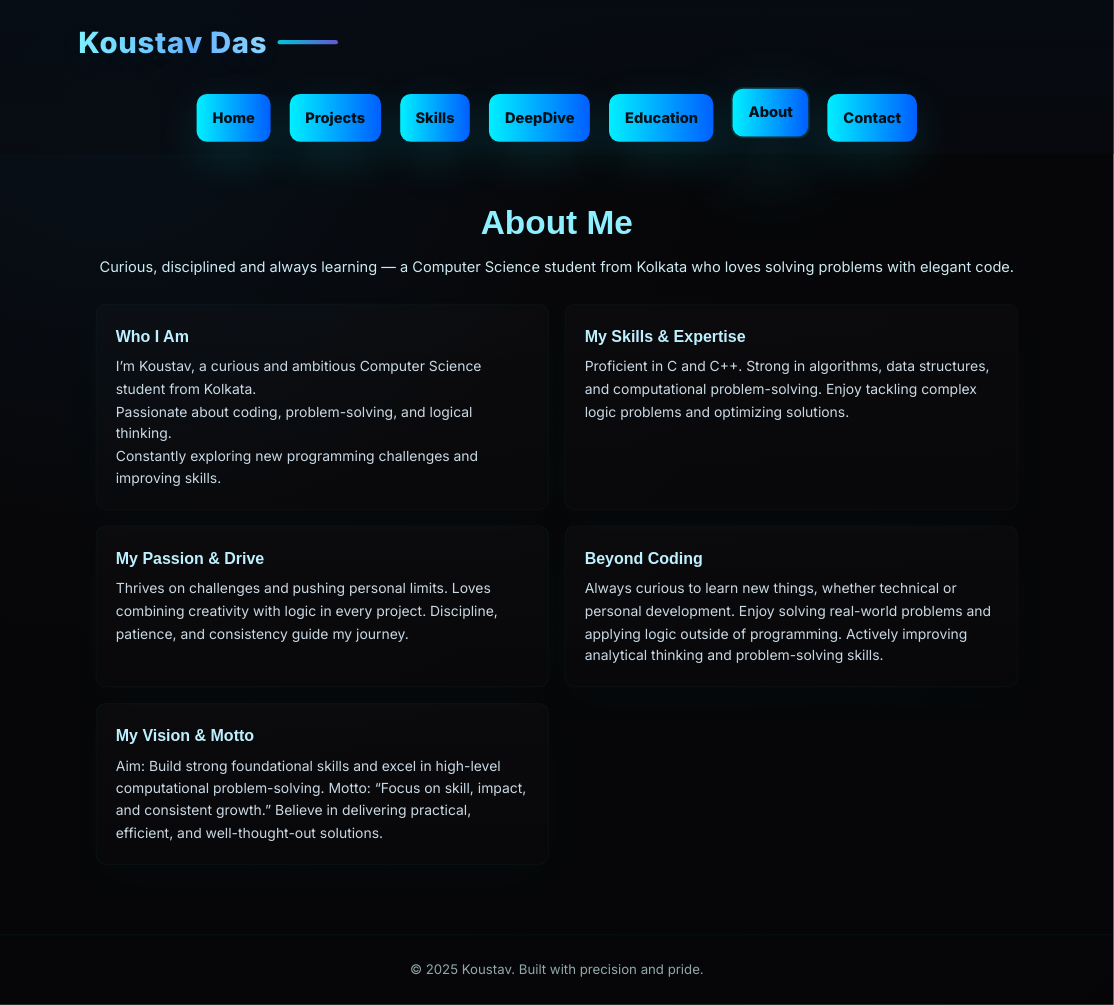
Repository: Koustav669/PORTFOLIO
Page: about.html
The author's editor kept a copy of each file at every save. The page is drawn from the files as they stood at one save, then again after the next save.
The browser window is 1280 px wide. The pictures show the whole page, at 87% of full size.
Some web fonts or font styles are not loaded; a fallback is used.

Above is the page before, as saved 2025-10-15 00:11:20.

### about.html
<!doctype html>
<html lang="en">
<head>
  <meta charset="utf-8">
  <meta name="viewport" content="width=device-width,initial-scale=1">
  <title>About — Dev (Kolkata)</title>
  <link href="https://fonts.googleapis.com/css2?family=Inter:wght@300;400;600;800&family=Orbitron:wght@400;700&family=Poppins:wght@400;600;700&family=Rajdhani:wght@400;600;700&display=swap" rel="stylesheet">
  <link rel="stylesheet" href="style.css">
</head>
<body>
    <header class="site-header">
    <div class="header-inner header-brand">
      <div class="brand-left">
        <span class="brand-name">Koustav Das</span>
        <span class="brand-accent" aria-hidden="true"></span>
      </div>
    </div>
    <!-- site menu (reused from portfolio) -->
    <nav class="hero-nav" aria-label="Main navigation">
      <ul>
        <li><a href="portfolio.html">Home</a></li>
        <li><a href="PROJECTS.html">Projects</a></li>
        <li><a href="SKILLS.html">Skills</a></li>
        <li><a href="DEEPDIVES.html">DeepDive</a></li>
        <li><a href="EDUCATION.html">Education</a></li>
        <li><a href="ABOUT.html">About</a></li>
        <li><a href="CONTACT.html">Contact</a></li>
      </ul>
    </nav>
  </header>

  <main class="about-page">
    <section class="about-hero">
      <h1 class="about-title">About Me</h1>
      <p class="about-lead">Curious, disciplined and always learning — a Computer Science student from Kolkata who loves solving problems with elegant code.</p>
    </section>

    <section class="about-grid">
      <article class="about-card" data-index="1">
        <h2>Who I Am</h2>
        <p>I’m Koustav, a curious and ambitious Computer Science student from Kolkata.<br>Passionate about coding, problem-solving, and logical thinking.<br>Constantly exploring new programming challenges and improving skills.</p>
      </article>

      <article class="about-card" data-index="2">
        <h2>My Skills &amp; Expertise</h2>
        <p>Proficient in C and C++. Strong in algorithms, data structures, and computational problem-solving. Enjoy tackling complex logic problems and optimizing solutions.</p>
      </article>

      <article class="about-card" data-index="3">
        <h2>My Passion &amp; Drive</h2>
        <p>Thrives on challenges and pushing personal limits. Loves combining creativity with logic in every project. Discipline, patience, and consistency guide my journey.</p>
      </article>

      <article class="about-card" data-index="4">
        <h2>Beyond Coding</h2>
        <p>Always curious to learn new things, whether technical or personal development. Enjoy solving real-world problems and applying logic outside of programming. Actively improving analytical thinking and problem-solving skills.</p>
      </article>

      <article class="about-card" data-index="5">
        <h2>My Vision &amp; Motto</h2>
        <p>Aim: Build strong foundational skills and excel in high-level computational problem-solving. Motto: “Focus on skill, impact, and consistent growth.” Believe in delivering practical, efficient, and well-thought-out solutions.</p>
      </article>
    </section>

  </main>

  <footer>
    <p>© 2025 Koustav. Built with precision and pride.</p>
  </footer>

  <script>
  // small reveal animation for cards when visible
  (function(){
    const cards = document.querySelectorAll('.about-card');
    const io = new IntersectionObserver((entries)=>{
      entries.forEach(e=>{
        if (e.isIntersecting) { e.target.classList.add('in'); }
      });
    }, { threshold: 0.18 });
    cards.forEach(c=>io.observe(c));
  })();
  </script>
  <script src="nav-active.js"></script>
</body>
</html>

### style.css
/* Reset and base styles */
* { margin: 0; padding: 0; box-sizing: border-box; }

body {
  font-family: 'Inter', 'Segoe UI', system-ui, Arial, sans-serif;
  background: radial-gradient(ellipse at 10% 10%, #071019 0%, #070709 35%, #050507 100%);
  color: #dfeffb;
  line-height: 1.6;
  -webkit-font-smoothing: antialiased;
}

/* Header */
.site-header {
  background: linear-gradient(180deg, rgba(6,12,20,0.8), rgba(8,10,16,0.65));
  min-height: 130px;
  display: flex;
  flex-direction: column; /* stack header content and nav */
  align-items: center;
  gap: 10px;
  padding: 22px 24px 14px 24px; /* extra bottom padding to avoid overlap */
  /* removed bottom border to blend with manifesto */
}
.header-inner { width: 100%; max-width: 1100px; margin: 0 auto; display: flex; align-items: center; justify-content: space-between; }
.brand-logo { height: 64px; width: auto; filter: drop-shadow(0 6px 14px rgba(0,255,255,0.08)); }

/* Header brand text */
.header-brand { display: flex; align-items: center; justify-content: space-between; width: 100%; }
.brand-left, .brand-right { display: flex; align-items: center; gap: 12px; }
.brand-name {
  font-family: 'Orbitron', 'Inter', sans-serif;
  font-weight: 900;
  font-size: 2.1rem; /* increased size */
  color: #dffcff;
  background: linear-gradient(90deg, #7ef0ff, #66b3ff 60%, #8bd6ff);
  -webkit-background-clip: text;
  background-clip: text;
  color: transparent;
  text-shadow: 0 10px 40px rgba(30,200,255,0.08);
  letter-spacing: 0.8px;
}
.brand-accent { width: 64px; height: 5px; background: linear-gradient(90deg,#00f0ff,#7a66ff); border-radius: 6px; box-shadow: 0 14px 40px rgba(0,160,255,0.08); transform-origin: left center; animation: accentPulse 3s infinite; }
.role-viewport { display: none; }

#role-text { display: inline-block; font-family: 'Poppins', sans-serif; font-weight: 800; font-size: 1.6rem; color: #9be7ff; letter-spacing: 0.6px; vertical-align: middle; min-width: 110px; text-align: right; }
#role-cursor { display: inline-block; margin-left: 10px; color: #9be7ff; font-weight: 900; font-size: 1.6rem; opacity: 0.95; text-shadow: 0 8px 28px rgba(0,180,255,0.14); animation: blink 1s steps(2,end) infinite; }

@keyframes accentPulse {
  0%,100% { transform: scaleX(1); opacity: 0.92; }
  50% { transform: scaleX(1.2); opacity: 0.7; }
}

/* Animated role viewport */
.role-viewport { display: inline-block; position: relative; width: 96px; height: 28px; overflow: hidden; vertical-align: middle; }
.role { position: absolute; left: 0; top: 0; width: 100%; text-align: right; font-family: 'Poppins', sans-serif; font-weight: 700; font-size: 1.05rem; }
.role-1 { color: #9be7ff; transform: translateY(0); opacity: 1; animation: roleCycle 4s linear infinite 0s; }
.role-2 { color: #ffd1ff; transform: translateY(100%); opacity: 0; animation: roleCycle 4s linear infinite 0s; }
.role-cursor { display: inline-block; margin-left: 8px; color: #9be7ff; font-weight: 900; opacity: 0.95; animation: blink 1s steps(2,end) infinite; }

@keyframes roleFade {
  0% { opacity: 0; transform: translateY(6px); }
  10% { opacity: 1; transform: translateY(0); }
  45% { opacity: 1; transform: translateY(0); }
  55% { opacity: 0; transform: translateY(-6px); }
  100% { opacity: 0; transform: translateY(-6px); }
}

@keyframes blink {
  0% { opacity: 1; }
  50% { opacity: 0; }
  100% { opacity: 1; }
}

@keyframes cursorPulse {
  0% { transform: scaleY(1); opacity: 1; }
  50% { transform: scaleY(1.2); opacity: 0.8; }
  100% { transform: scaleY(1); opacity: 1; }
}

/* Visible static role (non-animated) */
.static-role {
  font-family: 'Rajdhani', 'Poppins', sans-serif;
  font-weight: 700;
  font-size: 1.45rem; /* increased size */
  color: rgba(190,233,255,0.95);
  -webkit-background-clip: text;
  background-clip: text;
  text-shadow: 0 6px 18px rgba(30,200,255,0.06);
  margin-right: 8px;
}

/* screen-reader only fallback */
.sr-only { position: absolute !important; height: 1px; width: 1px; overflow: hidden; clip: rect(1px, 1px, 1px, 1px); white-space: nowrap; }

/* Hide previous top nav */
.main-nav { display: none; }

/* Hero */
.hero { padding: 60px 0 44px 0; position: relative; }
.hero-inner { max-width: 900px; margin: 0 auto; text-align: center; position: relative; z-index: 2; }
.hero-title { font-family: 'Orbitron', sans-serif; color: #8ef0ff; font-size: 2.6rem; text-shadow: 0 6px 28px rgba(14,255,255,0.06); margin-bottom: 12px; }
.hero-sub { font-family: 'Poppins', 'Inter', sans-serif; color: #d9f6ff; opacity: 0.9; font-size: 1.05rem; margin-bottom: 20px; font-weight: 600; }
.hero-cta { display: flex; gap: 14px; justify-content: center; }
.btn { display: inline-block; padding: 12px 18px; border-radius: 12px; text-decoration: none; font-weight: 700; }
.btn.primary { background: linear-gradient(90deg,#00f0ff,#005eff); color: #001018; box-shadow: 0 12px 40px rgba(0,240,255,0.12); }
.btn.ghost { border: 1px solid rgba(255,255,255,0.06); color: #dffcff; background: transparent; }
.btn:hover { transform: translateY(-3px); }

/* Make GitHub + Resume outlined cyan style */
.btn.resume { background: transparent; color: #00f0ff; border: 1px solid rgba(0,240,255,0.45); box-shadow: 0 8px 28px rgba(0,240,255,0.06); transition: box-shadow 220ms ease, transform 160ms ease; }
.btn.resume:hover { transform: translateY(-3px); box-shadow: 0 18px 56px rgba(0,240,255,0.14); }

/* Hero-nav */
.hero-nav { margin-top: 22px; }
.hero-nav ul { display: flex; gap: 22px; list-style: none; padding: 0; justify-content: space-between; width: 100%; max-width: 980px; margin: 0 auto; }
.hero-nav ul li { flex: 1 1 auto; }
.hero-nav ul li a { font-family: 'Orbitron', 'Inter', sans-serif; font-weight: 800; color: #001018; background: linear-gradient(90deg,#00f0ff,#005eff); padding: 14px 18px; border-radius: 12px; box-shadow: 0 18px 54px rgba(0,240,255,0.14); display: inline-flex; justify-content: center; align-items: center; text-decoration: none; font-size: 1.05rem; }
.hero-nav ul li a:hover { transform: translateY(-3px); box-shadow: 0 26px 80px rgba(0,240,255,0.22); }
.hero-nav ul li a.active { outline: 2px solid rgba(0,255,255,0.12); box-shadow: 0 28px 90px rgba(0,240,255,0.22); transform: translateY(-6px); }

/* Subtle hero lighting */
.hero:before,
.hero:after {
  content: '';
  position: absolute;
  left: 50%;
  top: 18%;
  transform: translateX(-50%);
  width: 86%;
  height: 86%;
  pointer-events: none;
  z-index: -1;
  filter: blur(28px);
}
.hero:before { background: radial-gradient(circle at 28% 26%, rgba(38,174,255,0.22), rgba(22,120,200,0.12) 40%, transparent 56%); }
.hero:after { top: 60%; width: 72%; height: 46%; background: radial-gradient(circle at 72% 22%, rgba(100,180,255,0.16), rgba(20,60,160,0.08) 45%, transparent 70%); }

/* Slider */
.preview { padding: 60px 24px; background: linear-gradient(180deg, rgba(255,255,255,0.02), transparent); }
.slider { position: relative; width: 100%; max-width: 820px; margin: 18px auto; overflow: hidden; border-radius: 18px; box-shadow: 0 18px 60px rgba(3,252,255,0.03); }
.slides { display: flex; transition: transform 0.5s ease-in-out; }
.slides img { width: 100%; flex-shrink: 0; object-fit: contain; height: 420px; background-color: #03060a; }
.prev, .next { position: absolute; top: 50%; transform: translateY(-50%); background: linear-gradient(180deg, rgba(0,0,0,0.45), rgba(0,0,0,0.25)); color: #dffcff; border: none; font-size: 1.6rem; padding: 10px 12px; cursor: pointer; border-radius: 8px; }
.prev { left: 12px; }
.next { right: 12px; }

.preview h3 { font-size: 1.8rem; color: #00ffff; margin-bottom: 20px; }

canvas { display: block; margin: 0 auto 20px; border: 2px solid #00ffff; background-color: #1a1a1a; }

/* Footer */
footer { text-align: center; padding: 28px 20px; color: rgba(220,255,255,0.65); font-size: 0.95rem; border-top: 1px solid rgba(0,255,255,0.06); }

/* Responsive tweaks */
@media (max-width: 820px) {
  .hero-title { font-size: 2rem; }
  .slides img { height: 260px; }
  .brand-logo { height: 48px; }
  .site-header { min-height: 160px; }
}

@media (max-width: 480px) {
  .main-nav ul { gap: 8px; flex-wrap: wrap; }
  .hero-inner { padding: 0 12px; }
}

/* About page styles */
.about-page { padding: 48px 20px 80px; max-width: 1100px; margin: 0 auto; }
.about-hero { text-align: center; margin-bottom: 28px; }
.about-title { font-family: 'Orbitron', sans-serif; font-size: 2.4rem; color: #8ef0ff; margin-bottom: 8px; }
.about-lead { color: #d9f6ff; opacity: 0.95; font-size: 1.05rem; margin-bottom: 20px; }
.about-grid { display: grid; grid-template-columns: repeat(2,1fr); gap: 18px; }
.about-card { background: linear-gradient(180deg, rgba(255,255,255,0.02), rgba(255,255,255,0.01)); padding: 22px; border-radius: 12px; border: 1px solid rgba(0,255,255,0.04); transform: translateY(18px); opacity: 0; transition: all 520ms cubic-bezier(.2,.9,.33,1); }
.about-card.in { transform: translateY(0); opacity: 1; box-shadow: 0 18px 60px rgba(3,252,255,0.02); }
.about-card h2 { font-family: 'Rajdhani', sans-serif; font-size: 1.15rem; color: #bff0ff; margin-bottom: 8px; }
.about-card p { color: #dfeffb; opacity: 0.9; line-height: 1.6; }

@media (max-width: 820px) {
  .about-grid { grid-template-columns: 1fr; }
  .about-title { font-size: 2rem; }
}

### nav-active.js
// nav-active.js - marks the nav item matching current path as active
(function(){
  const links = document.querySelectorAll('.hero-nav a');
  if (!links.length) return;
  const current = window.location.pathname.split('/').pop().toLowerCase() || 'portfolio.html';
  links.forEach(a=>{
    const href = (a.getAttribute('href')||'').toLowerCase();
    if (href.includes(current) || (current === '' && href.includes('portfolio.html'))) {
      a.classList.add('active');
    }
  });
})();

After the next save:
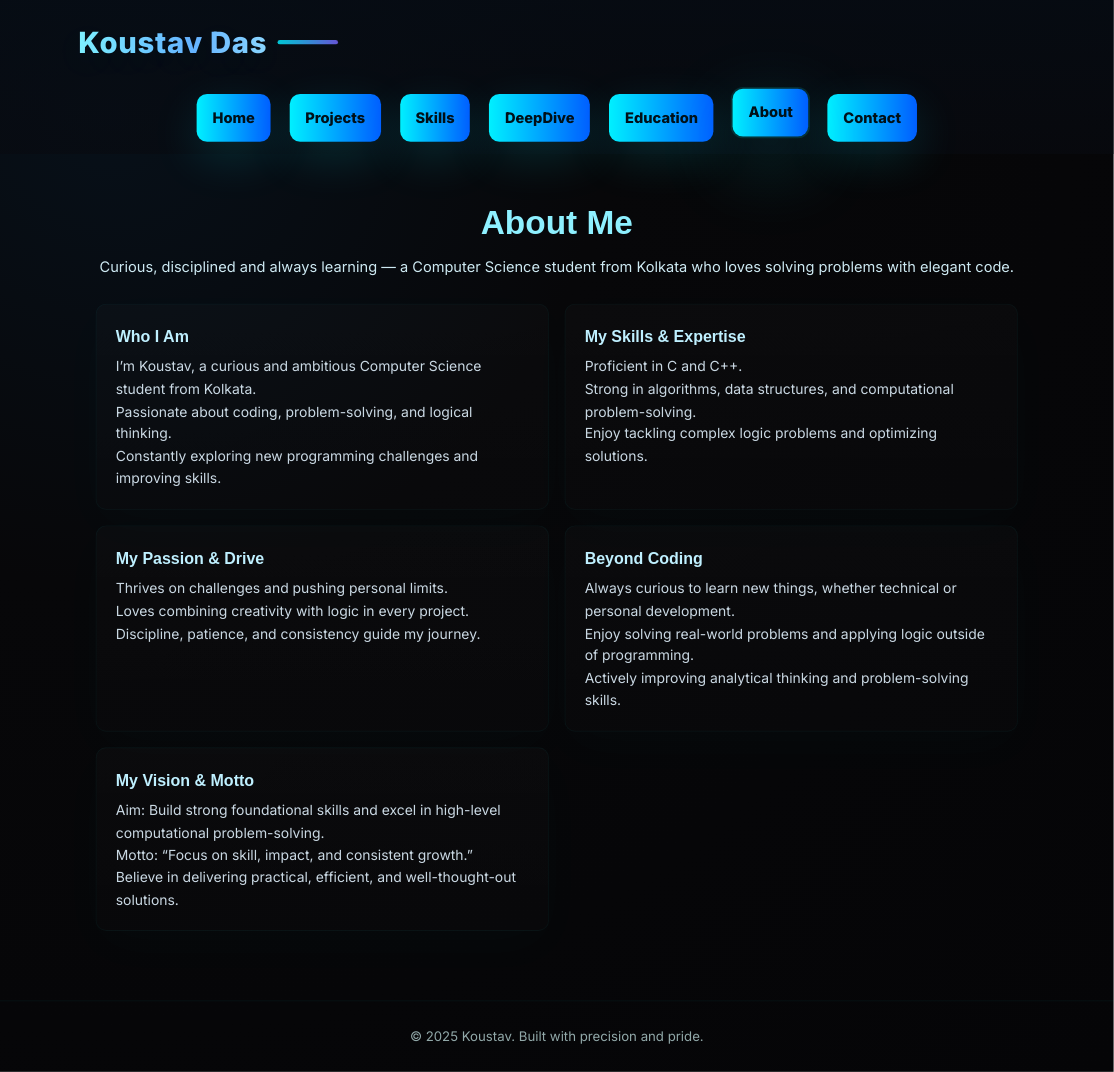
Saved 94 s later.
--- a/about.html
+++ b/about.html
@@ -43,22 +43,22 @@
 
       <article class="about-card" data-index="2">
         <h2>My Skills &amp; Expertise</h2>
-        <p>Proficient in C and C++. Strong in algorithms, data structures, and computational problem-solving. Enjoy tackling complex logic problems and optimizing solutions.</p>
+        <p>Proficient in C and C++.<br>Strong in algorithms, data structures, and computational problem-solving.<br>Enjoy tackling complex logic problems and optimizing solutions.</p>
       </article>
 
       <article class="about-card" data-index="3">
         <h2>My Passion &amp; Drive</h2>
-        <p>Thrives on challenges and pushing personal limits. Loves combining creativity with logic in every project. Discipline, patience, and consistency guide my journey.</p>
+        <p>Thrives on challenges and pushing personal limits.<br>Loves combining creativity with logic in every project.<br>Discipline, patience, and consistency guide my journey.</p>
       </article>
 
       <article class="about-card" data-index="4">
         <h2>Beyond Coding</h2>
-        <p>Always curious to learn new things, whether technical or personal development. Enjoy solving real-world problems and applying logic outside of programming. Actively improving analytical thinking and problem-solving skills.</p>
+        <p>Always curious to learn new things, whether technical or personal development.<br>Enjoy solving real-world problems and applying logic outside of programming.<br>Actively improving analytical thinking and problem-solving skills.</p>
       </article>
 
       <article class="about-card" data-index="5">
         <h2>My Vision &amp; Motto</h2>
-        <p>Aim: Build strong foundational skills and excel in high-level computational problem-solving. Motto: “Focus on skill, impact, and consistent growth.” Believe in delivering practical, efficient, and well-thought-out solutions.</p>
+        <p>Aim: Build strong foundational skills and excel in high-level computational problem-solving.<br>Motto: “Focus on skill, impact, and consistent growth.”<br>Believe in delivering practical, efficient, and well-thought-out solutions.</p>
       </article>
     </section>
 
